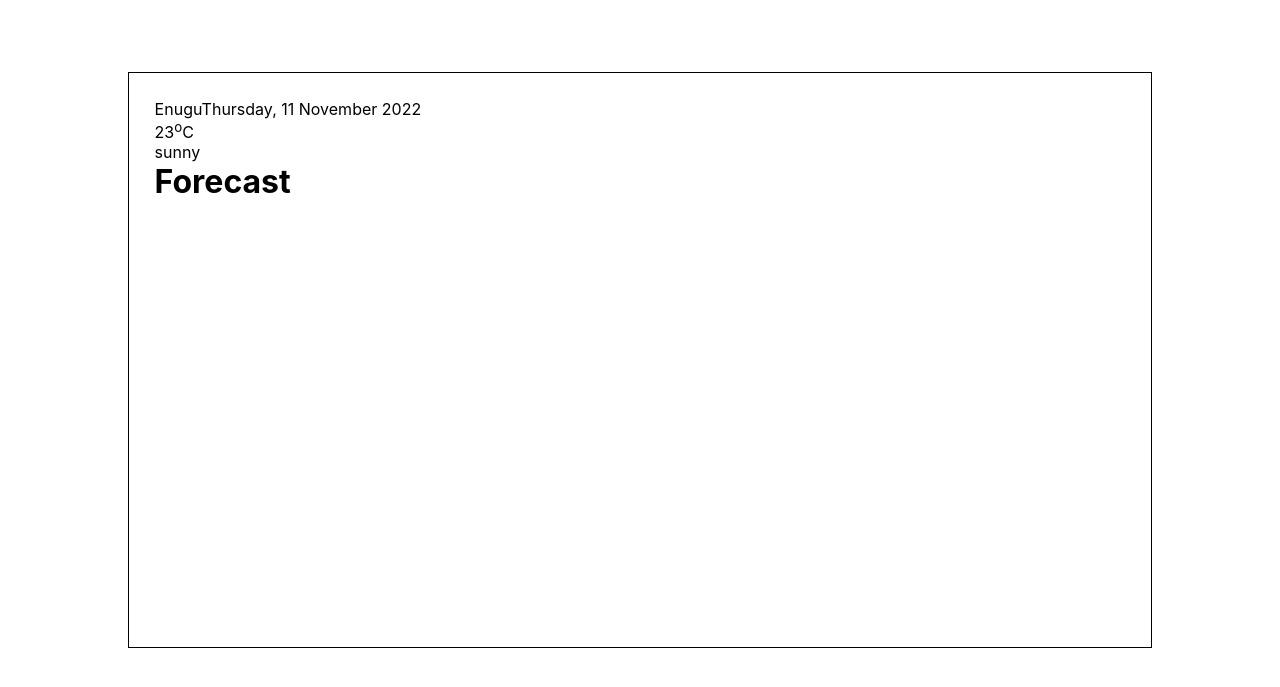
Repository: debthebuilder/bloom
Page: /
An editor plug-in stored every save of this project. The page is shown before and after the next save, followed by the edit.
The browser window is 1280 px wide. The pictures show the whole page.
The project was rebuilt for these pictures with package versions that can differ from the ones it lists, and the page was loaded fresh each time. Also part of the build but not shown: src/components/Splash.js.

Above is the page before, as saved 2022-11-10 23:43:00.

After the next save:
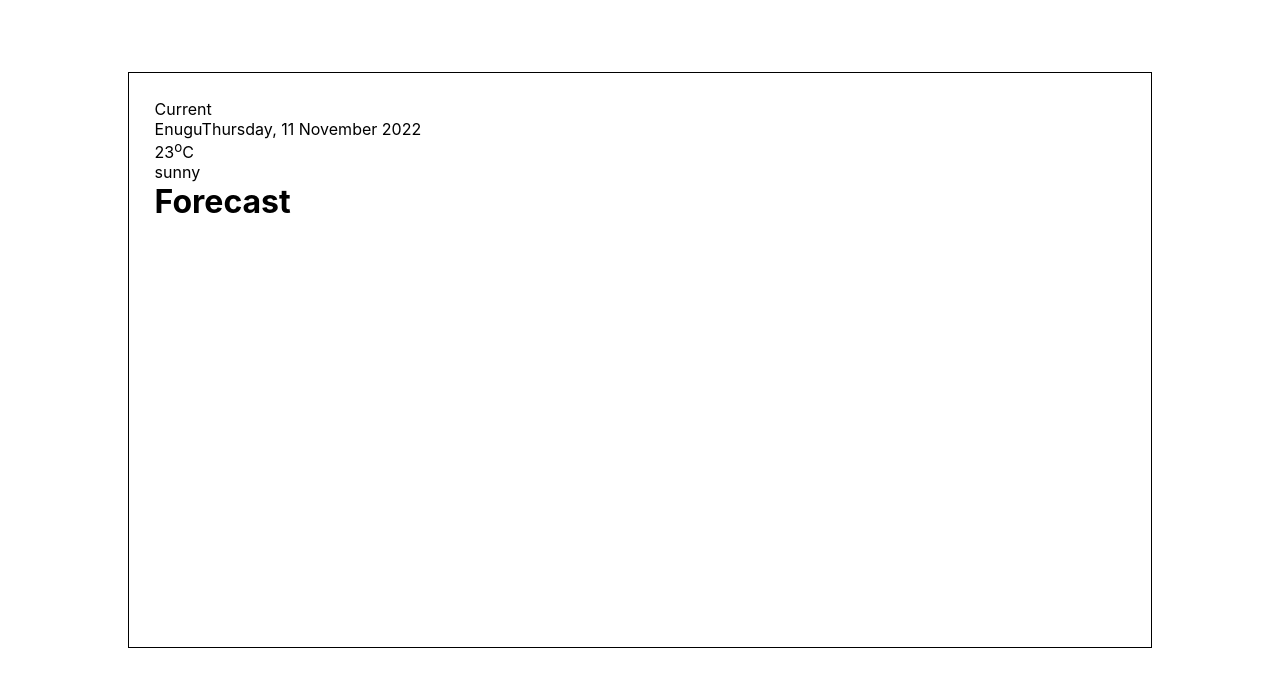
Saved 7 s later.
--- a/src/components/Current.js
+++ b/src/components/Current.js
@@ -1,7 +1,7 @@
 export const Current = () => {
     return(
         <div className="current">
-            <div></div>
+            <div>Current</div>
             <div className="date-location">
                 <span className="location">Enugu</span>
                 <span className="date">Thursday, 11 November 2022</span>

After the save that followed:
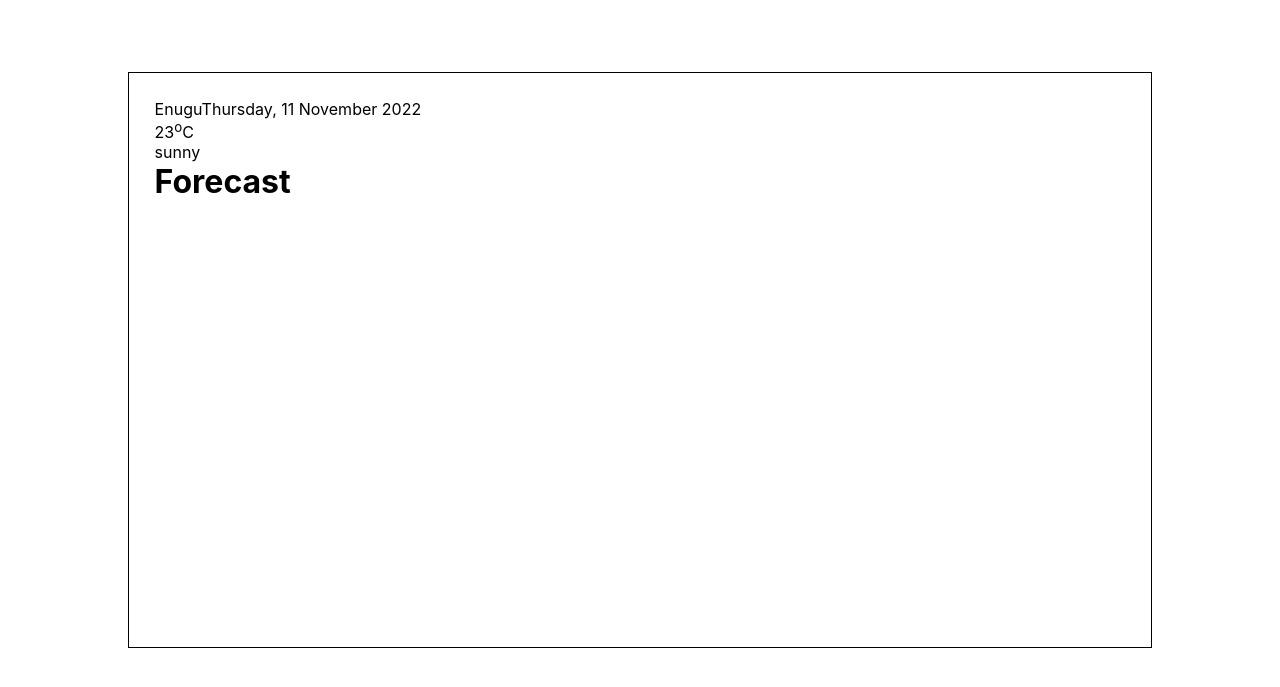
Saved 19 s later.
--- a/src/components/Current.js
+++ b/src/components/Current.js
@@ -1,7 +1,6 @@
 export const Current = () => {
     return(
         <div className="current">
-            <div>Current</div>
             <div className="date-location">
                 <span className="location">Enugu</span>
                 <span className="date">Thursday, 11 November 2022</span>
